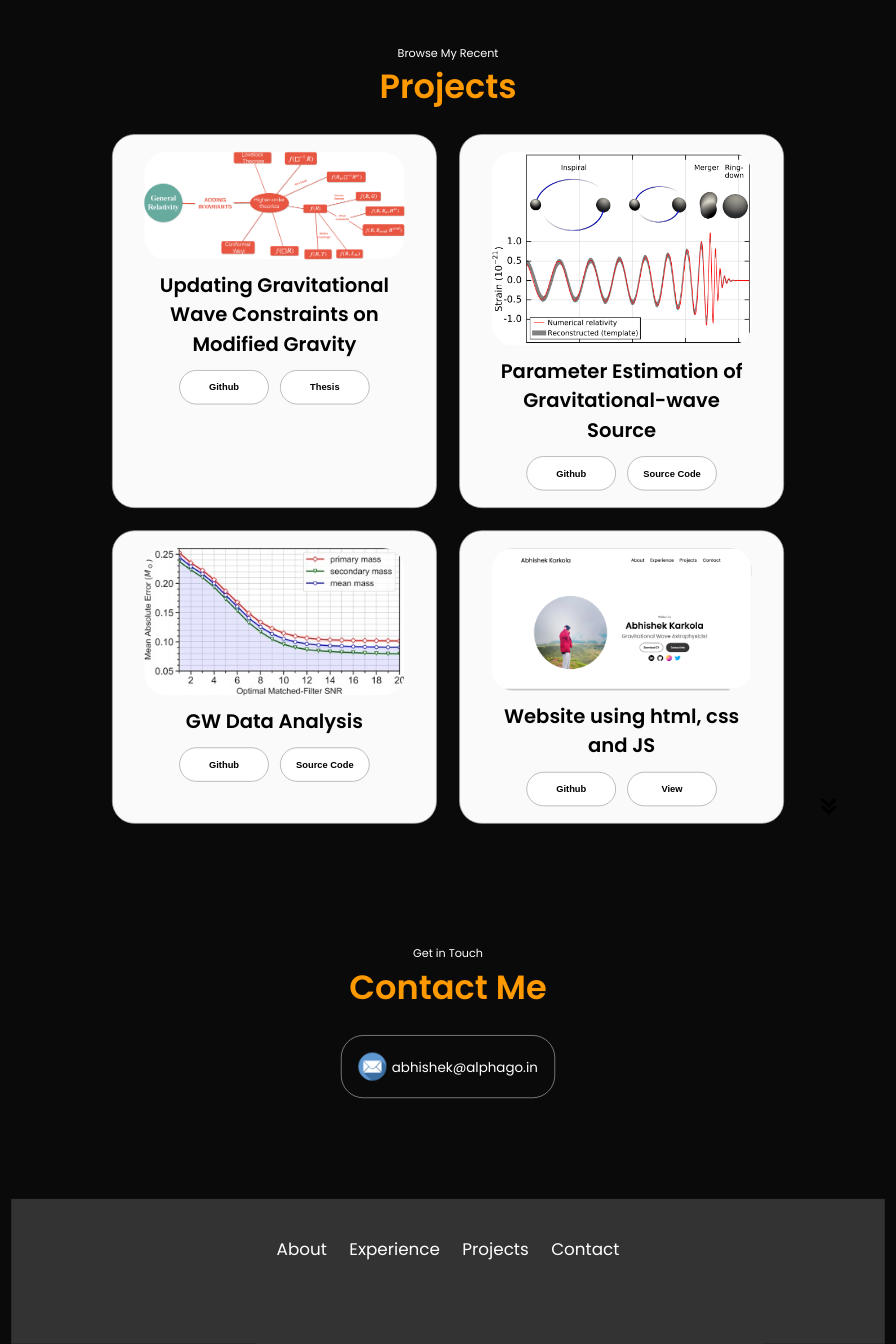
Repository: APersonalVoyage/APersonalVoyage.github.io
Page: index.html
The author's editor kept a copy of each file at every save. The page is drawn from the files as they stood at one save, then again after the next save.
The browser window is 1280 px wide. The pictures show the part of the page from y = 2164 to 4084 px (the page is 4084 px tall), at 70% of full size.
A picture or video elsewhere on the page could not be fetched, so the positions and the page height are approximate.

Above is the page before, as saved 2024-11-16 22:20:32.

After the next save:
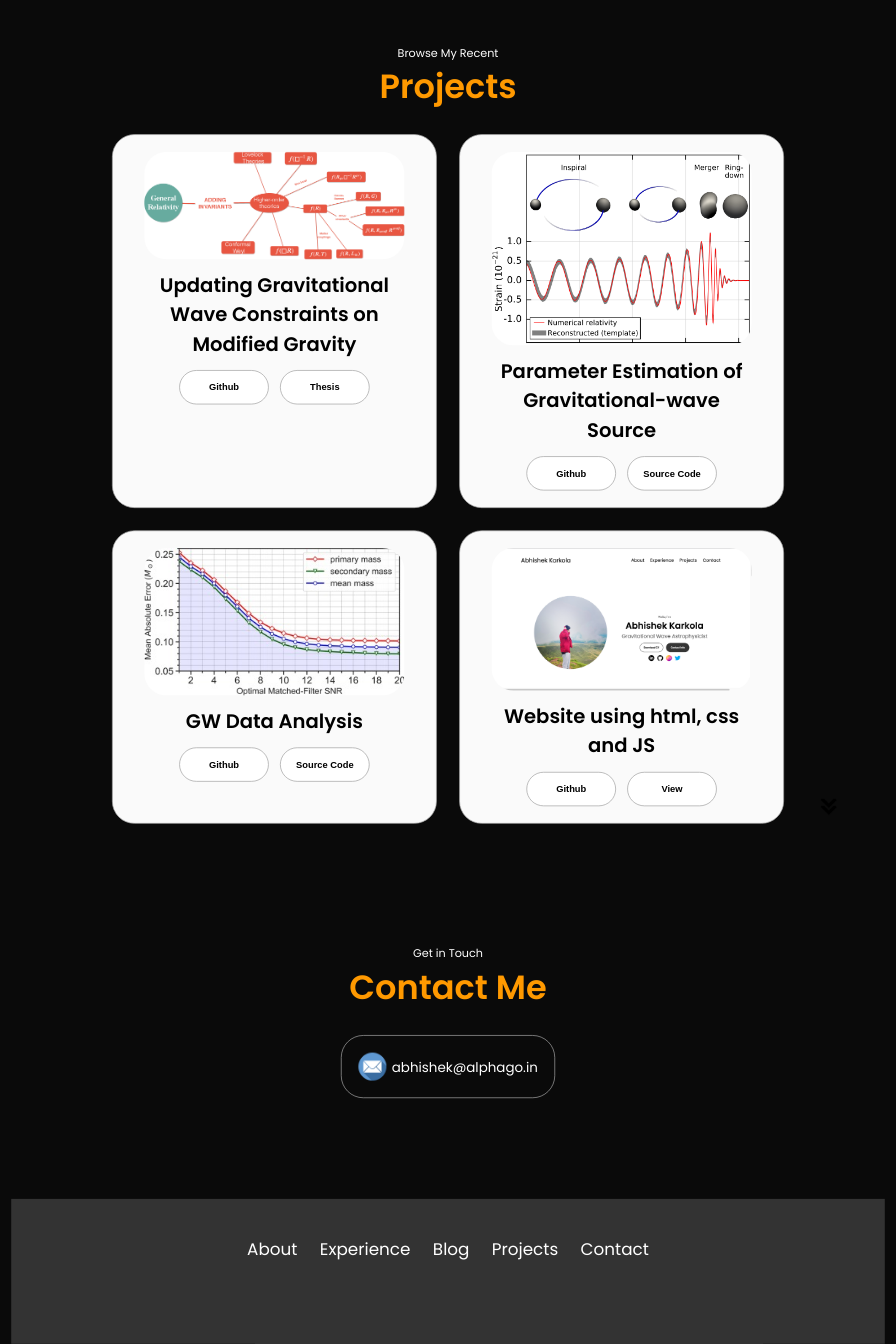
Saved 67 s later.
--- a/index.html
+++ b/index.html
@@ -399,6 +399,7 @@
         <ul class="nav-links">
           <li><a href="#about">About</a></li>
           <li><a href="#experience">Experience</a></li>
+          <li><a href="#Blog">Blog</a></li>
           <li><a href="#projects">Projects</a></li>
           <li><a href="#contact">Contact</a></li>
         </ul>
